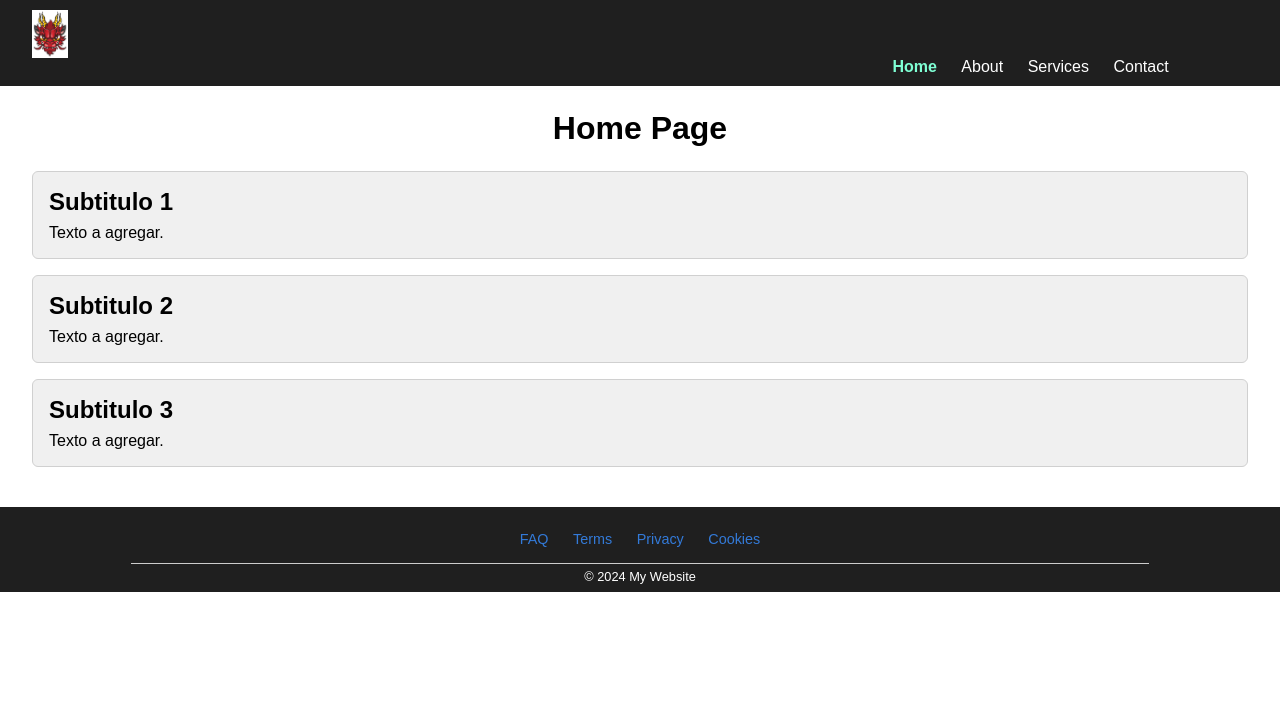
Repository: andreamm-lab/basic-navigation-example-2025-10
Page: index.html
The author's editor kept a copy of each file at every save. The page is drawn from the files as they stood at one save, then again after the next save.
The browser window is 1280 px wide. The pictures show the whole page.

Above is the page before, as saved 2025-11-06 20:04:58.

After the next save:
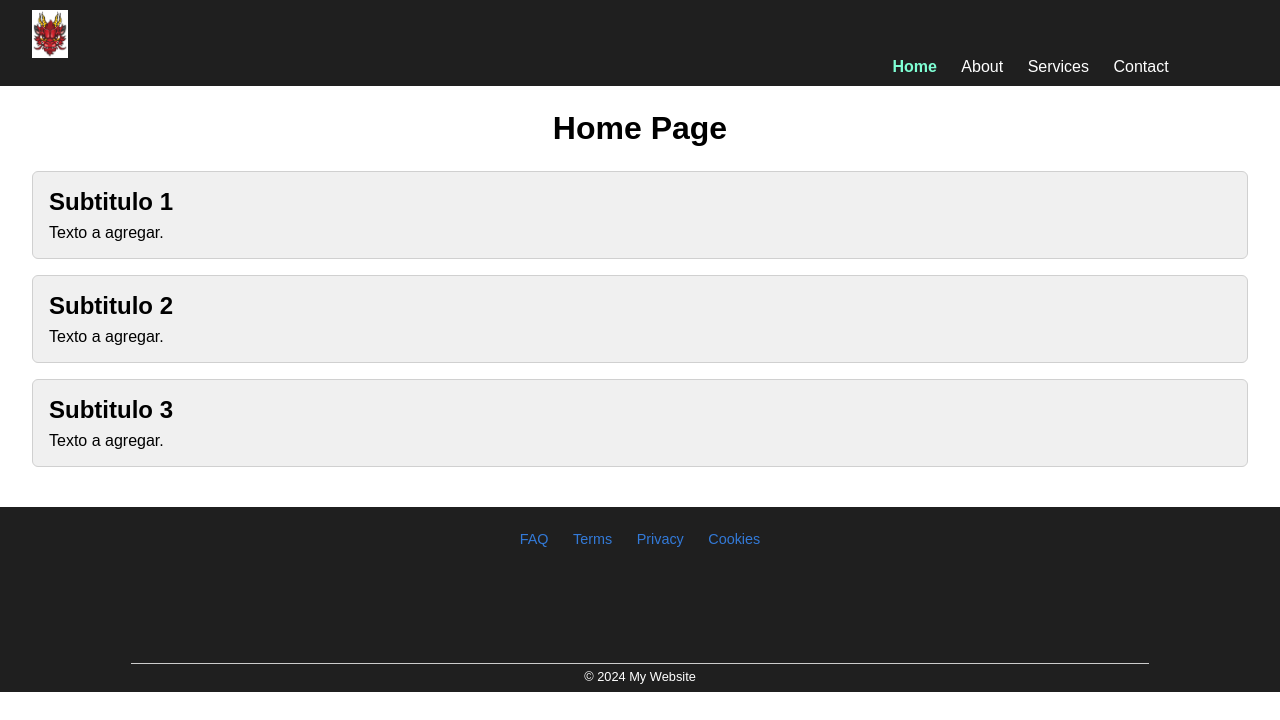
Saved 2 min 53 s later.
--- a/main.css
+++ b/main.css
@@ -186,7 +186,7 @@
 #main-footer nav ul {
     display: inline-block;
     list-style: none;
-    margin-bottom: 0px; /* Distance between FAQ text and white line */
+    margin-bottom: 100px; /* Distance between FAQ text and white line */
 
 
 }

After the save that followed:
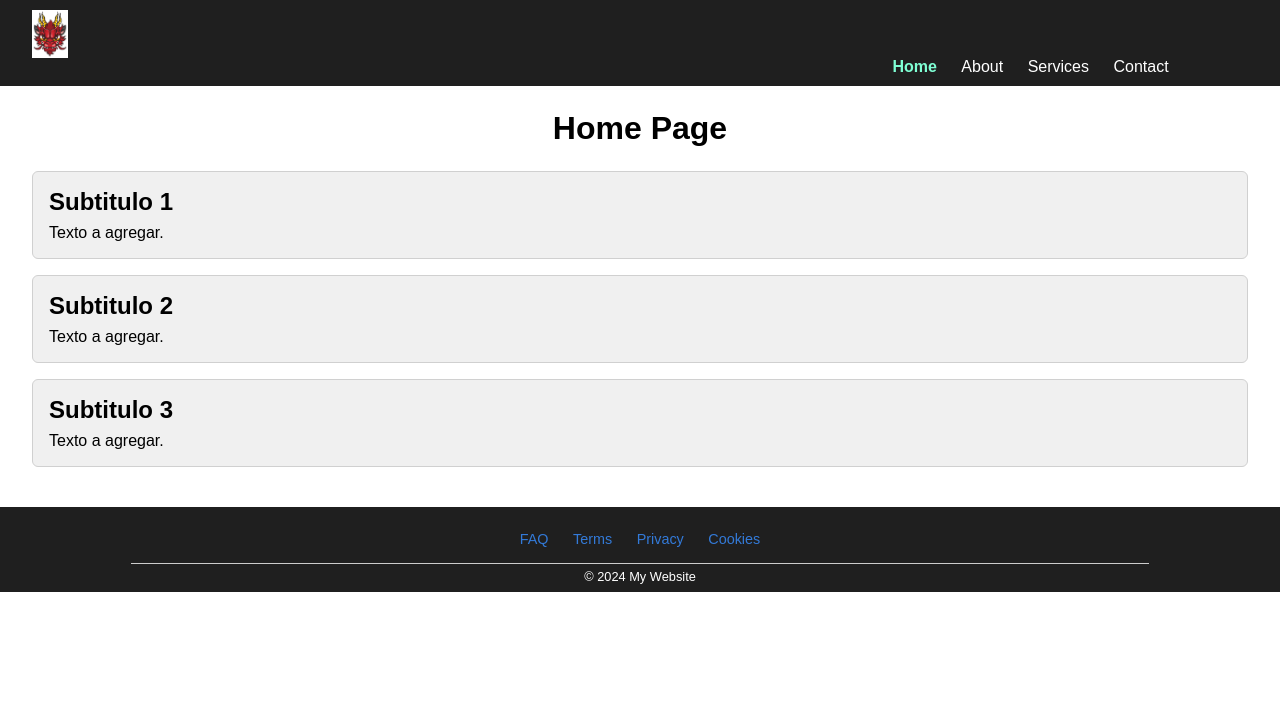
Saved 9 s later.
--- a/main.css
+++ b/main.css
@@ -186,7 +186,7 @@
 #main-footer nav ul {
     display: inline-block;
     list-style: none;
-    margin-bottom: 100px; /* Distance between FAQ text and white line */
+    margin-bottom: 0 px; /* Distance between FAQ text and white line */
 
 
 }
